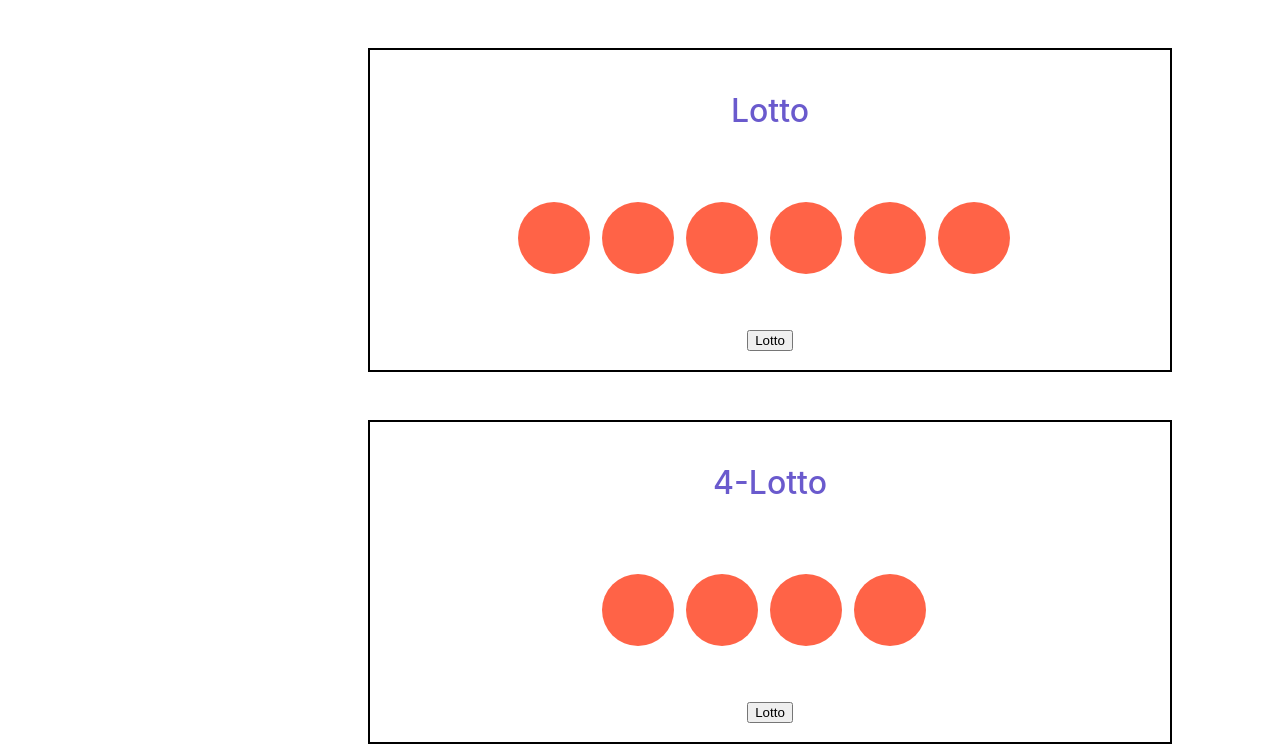
Repository: dung8466/learn-react
Page: / (app in lottery/)
The author's editor kept a copy of each file at every save. The page is drawn from the files as they stood at one save, then again after the next save.
The browser window is 1280 px wide. The pictures show the whole page.
The project was rebuilt for these pictures with package versions that can differ from the ones it lists, and the page was loaded fresh each time.

Above is the page before, as saved 2022-09-18 21:06:54.

After the next save:
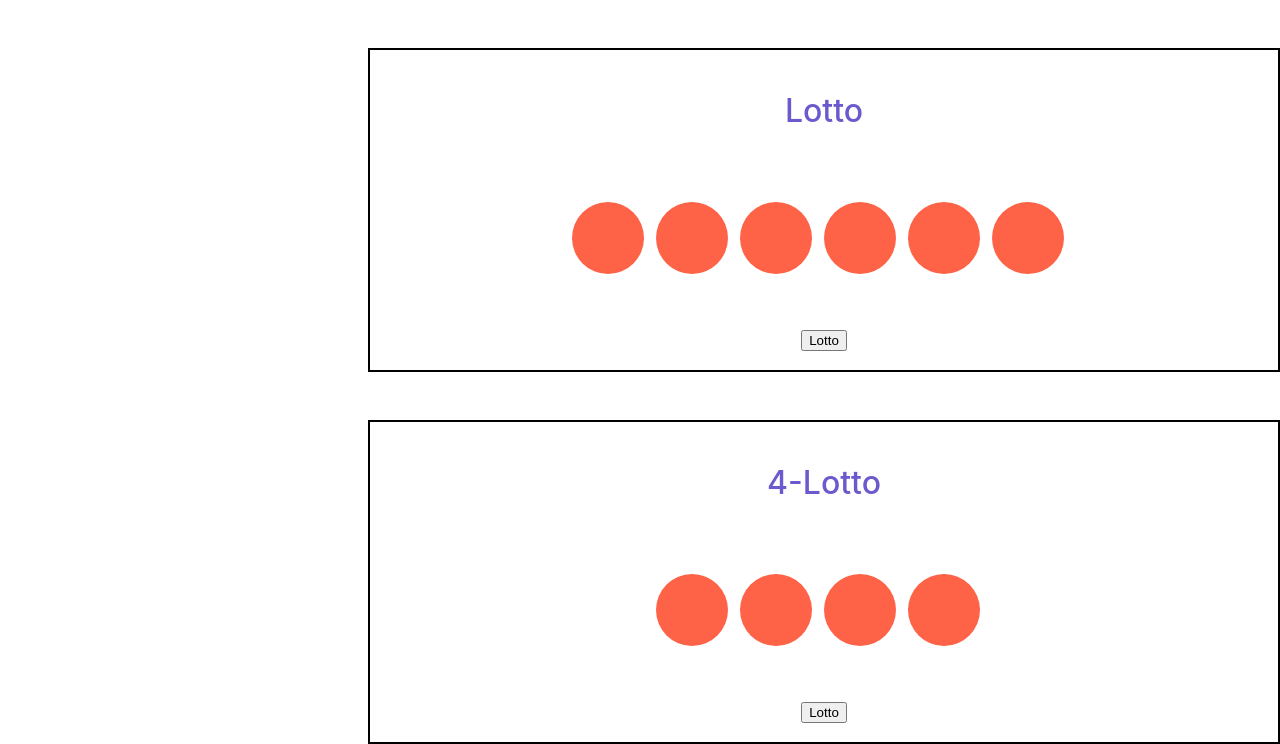
Saved 19 s later.
--- a/lottery/src/Lotto.css
+++ b/lottery/src/Lotto.css
@@ -6,7 +6,7 @@
     flex-wrap: wrap;
     gap: 2em;
     border: 2px solid black;
-    max-width: 50em;
+    min-width: 50em;
     height: 20em;
     margin-top: 3em;
     margin-left: 23em;
